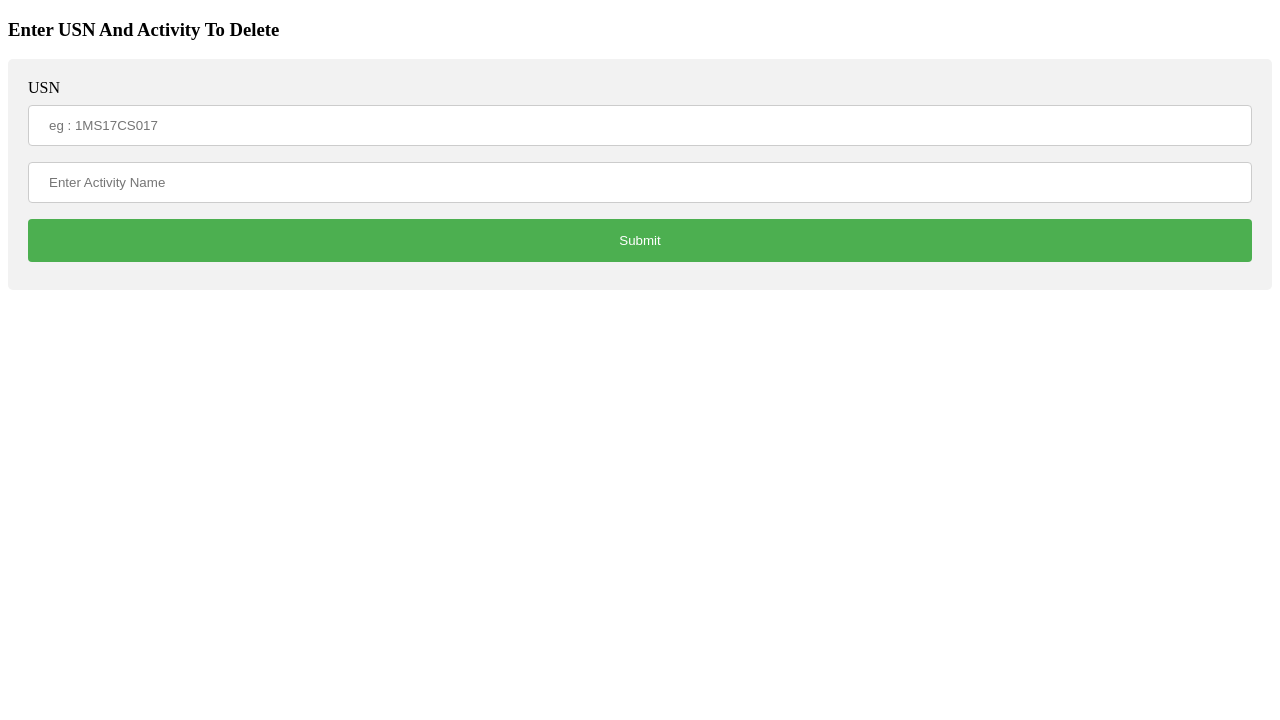
Repository: Malz6/DBMS-ActivityTracking
Page: dbs/WebContent/delete.html
These files come from the project's save history. The page is drawn as it stood at one moment and after the next save; the edit follows.
The browser window is 1280 px wide. The pictures show the whole page.

Above is the page before, as saved 2019-12-12 16:04:25.

### dbs/WebContent/delete.html
<!DOCTYPE html>
<html>
<style>
input[type=text], select {
  width: 100%;
  padding: 12px 20px;
  margin: 8px 0;
  display: inline-block;
  border: 1px solid #ccc;
  border-radius: 4px;
  box-sizing: border-box;
}

input[type=submit] {
  width: 100%;
  background-color: #4CAF50;
  color: white;
  padding: 14px 20px;
  margin: 8px 0;
  border: none;
  border-radius: 4px;
  cursor: pointer;
}

input[type=submit]:hover {
  background-color: #45a049;
}

div {
  border-radius: 5px;
  background-color: #f2f2f2;
  padding: 20px;
}
</style>
<body>

<h3>Enter USN And Activity To Delete</h3>

<div>
  <form action="delete" method="post">
    <label>USN</label>
    <input type="text" name="usn" placeholder="eg : 1MS17CS017">
    <input type="text" name="name" placeholder="Enter Activity Name">
    <input type="submit" value="Submit">

  </form>
</div>

</body>
</html>

After the next save:
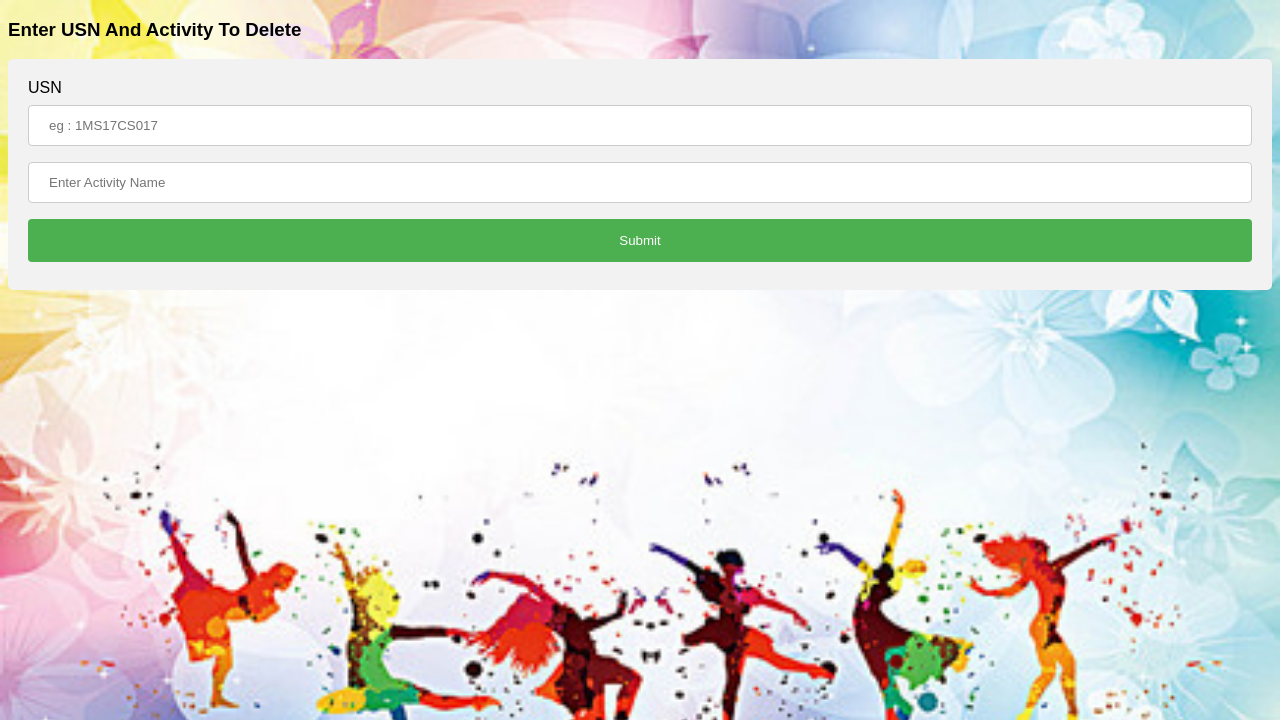
Saved 5 min 31 s later.
--- a/dbs/WebContent/delete.html
+++ b/dbs/WebContent/delete.html
@@ -1,6 +1,15 @@
 <!DOCTYPE html>
 <html>
 <style>
+body
+		{
+			font-family: Arial, Helvetica, sans-serif;
+			background-image: url('8.jpg');
+		  	background-repeat: no-repeat;
+		 	background-attachment: fixed;
+		 	background-size: cover;
+		 	color: black;
+		}
 input[type=text], select {
   width: 100%;
   padding: 12px 20px;
